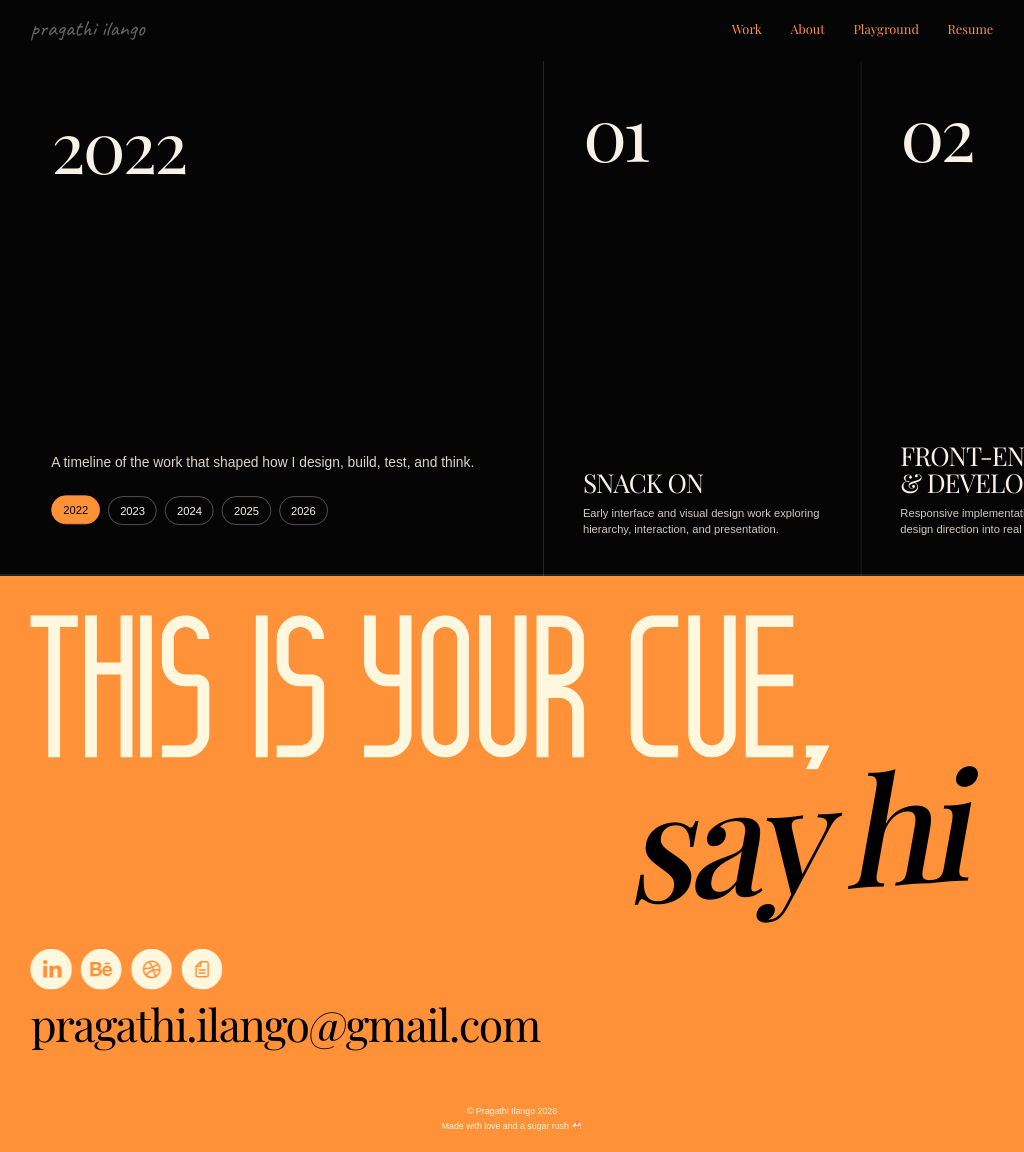
Repository: Pragathi-Ilango-UIUX/pragathi-portfolio
Page: projects.html
The author's editor kept a copy of each file at every save. The page is drawn from the files as they stood at one save, then again after the next save.
The browser window is 1280 px wide. The pictures show the whole page, at 80% of full size.
Some web fonts or font styles are not loaded; a fallback is used.

Above is the page before, as saved 2026-10-02 10:58:59.

### projects.html
<!doctype html>
<html lang="en">
<head>
  <meta charset="utf-8">
  <meta name="viewport" content="width=device-width, initial-scale=1">
  <title>Projects | Pragathi Ilango</title>

  <link rel="preconnect" href="https://fonts.googleapis.com">
  <link rel="preconnect" href="https://fonts.gstatic.com" crossorigin>
  <link href="https://fonts.googleapis.com/css2?family=Caveat:wght@500;600&family=Playfair+Display:wght@400;500&display=swap" rel="stylesheet">

  <!-- shared first, page-specific overrides second -->
  <link rel="stylesheet" href="shared.css">
  <link rel="stylesheet" href="projects.css">
</head>

<body class="projects-page">
  <header class="site-header">
  <a class="site-logo-link" href="index.html" aria-label="Pragathi Ilango home">
    <span class="site-logo-mark" aria-hidden="true"></span>
  </a>

  <nav class="main-nav" aria-label="Primary navigation">
    <a href="projects.html">Work</a>
    <a href="about.html">About</a>
    <a href="playground.html">Playground</a>
    <a href="resume.pdf" target="_blank" rel="noopener">Resume</a>
  </nav>

  <button
    class="menu-button"
    type="button"
    aria-label="Open menu"
    aria-expanded="false"
  >
    <span></span>
    <span></span>
    <span></span>
  </button>
</header>

  <main>
    <section class="horizontal-shell" aria-label="Projects timeline">
      <div class="horizontal-scroll" id="projectTimeline" tabindex="0">
        <div class="horizontal-track">

          <!-- INTRO / 2022 -->
          <section class="timeline-panel intro-panel year-start" id="year-2022" data-year="2022">
            <div class="year-kicker">2022</div>

            <div class="intro-bottom">
              <p class="intro-copy">
                A timeline of the work that shaped how I design, build, test, and think.
              </p>

              <div class="year-jump" aria-label="Jump to year">
                <button type="button" data-target="year-2022" class="active">2022</button>
                <button type="button" data-target="year-2023">2023</button>
                <button type="button" data-target="year-2024">2024</button>
                <button type="button" data-target="year-2025">2025</button>
                <button type="button" data-target="year-2026">2026</button>
              </div>
            </div>
          </section>

          <!-- PROJECT 01 -->
          <article class="timeline-panel project-panel">
            <div class="project-number">01</div>

            <div class="project-preview" aria-hidden="true">
              <div class="project-preview-placeholder">project image</div>
            </div>

            <div class="project-copy">
              <h2>SNACK ON</h2>
              <p>Early interface and visual design work exploring hierarchy, interaction, and presentation.</p>
            </div>
          </article>

          <!-- PROJECT 02 -->
          <article class="timeline-panel project-panel">
            <div class="project-number">02</div>

            <div class="project-preview" aria-hidden="true">
              <div class="project-preview-placeholder">project image</div>
            </div>

            <div class="project-copy">
              <h2>FRONT-END DESIGN &amp; DEVELOPMENT</h2>
              <p>Responsive implementation work translating design direction into real interfaces.</p>
            </div>
          </article>

          <!-- 2023 -->
          <section class="timeline-panel year-marker" id="year-2023" data-year="2023">
            <div class="year-kicker">2023</div>

            <div class="year-marker-bottom">
              <div class="year-note">More systems, more structure, more real-world constraints.</div>
              <div class="year-jump" aria-label="Jump to year">
                <button type="button" data-target="year-2022">2022</button>
                <button type="button" data-target="year-2023" class="active">2023</button>
                <button type="button" data-target="year-2024">2024</button>
                <button type="button" data-target="year-2025">2025</button>
                <button type="button" data-target="year-2026">2026</button>
              </div>
            </div>
          </section>

          <article class="timeline-panel project-panel">
            <div class="project-number">03</div>
            <div class="project-preview" aria-hidden="true">
              <div class="project-preview-placeholder">project image</div>
            </div>
            <div class="project-copy">
              <h2>RESEARCH WEB EXPERIENCE</h2>
              <p>Clearer information architecture and hierarchy for research-focused content.</p>
            </div>
          </article>

          <!-- 2024 -->
          <section class="timeline-panel year-marker" id="year-2024" data-year="2024">
            <div class="year-kicker">2024</div>

            <div class="year-marker-bottom">
              <div class="year-note">Accessibility, content systems, and larger-scale web work.</div>
              <div class="year-jump" aria-label="Jump to year">
                <button type="button" data-target="year-2022">2022</button>
                <button type="button" data-target="year-2023">2023</button>
                <button type="button" data-target="year-2024" class="active">2024</button>
                <button type="button" data-target="year-2025">2025</button>
                <button type="button" data-target="year-2026">2026</button>
              </div>
            </div>
          </section>

          <article class="timeline-panel project-panel">
            <div class="project-number">04</div>
            <div class="project-preview" aria-hidden="true">
              <div class="project-preview-placeholder">project image</div>
            </div>
            <div class="project-copy">
              <h2>UNDERSTANDING PREJUDICE</h2>
              <p>A large-scale redesign balancing accessibility, content density, and visual clarity.</p>
            </div>
          </article>

          <!-- 2025 -->
          <section class="timeline-panel year-marker" id="year-2025" data-year="2025">
            <div class="year-kicker">2025</div>

            <div class="year-marker-bottom">
              <div class="year-note">Reusable systems, multilingual content, and interaction polish.</div>
              <div class="year-jump" aria-label="Jump to year">
                <button type="button" data-target="year-2022">2022</button>
                <button type="button" data-target="year-2023">2023</button>
                <button type="button" data-target="year-2024">2024</button>
                <button type="button" data-target="year-2025" class="active">2025</button>
                <button type="button" data-target="year-2026">2026</button>
              </div>
            </div>
          </section>

          <article class="timeline-panel project-panel">
            <div class="project-number">05</div>
            <div class="project-preview" aria-hidden="true">
              <div class="project-preview-placeholder">project image</div>
            </div>
            <div class="project-copy">
              <h2>ACCESSIBLE CONTENT SYSTEM</h2>
              <p>Reusable patterns for complex editorial content and multilingual pages.</p>
            </div>
          </article>

          <!-- 2026 -->
          <section class="timeline-panel year-marker" id="year-2026" data-year="2026">
            <div class="year-kicker">2026</div>

            <div class="year-marker-bottom">
              <div class="year-note">Brand systems, motion, experimentation, and this portfolio.</div>
              <div class="year-jump" aria-label="Jump to year">
                <button type="button" data-target="year-2022">2022</button>
                <button type="button" data-target="year-2023">2023</button>
                <button type="button" data-target="year-2024">2024</button>
                <button type="button" data-target="year-2025">2025</button>
                <button type="button" data-target="year-2026" class="active">2026</button>
              </div>
            </div>
          </section>

          <article class="timeline-panel project-panel">
            <div class="project-number">06</div>
            <div class="project-preview" aria-hidden="true">
              <div class="project-preview-placeholder">project image</div>
            </div>
            <div class="project-copy">
              <h2>KLAY IDENTITY EXPLORATION</h2>
              <p>Concept-led identity work exploring growth, transformation, and modular forms.</p>
            </div>
          </article>

          <article class="timeline-panel project-panel final-panel">
            <div class="project-number">07</div>
            <div class="project-preview" aria-hidden="true">
              <div class="project-preview-placeholder">project image</div>
            </div>
            <div class="project-copy">
              <h2>PORTFOLIO SYSTEM</h2>
              <p>A playful but structured portfolio combining interaction, development, and visual storytelling.</p>
            </div>
          </article>

        </div>
      </div>

      <div class="horizontal-progress" aria-hidden="true">
        <span id="timelineProgress"></span>
      </div>
    </section>
  </main>

  <!-- Footer appears only after the horizontal timeline reaches the end
       and the user continues scrolling down. -->
  <footer class="site-footer">
    <div class="footer-display">
      <img class="footer-cue-svg" src="assets/images/This_is_your_cue.svg" alt="This is your cue">
      <p>say hi</p>
    </div>

    <div class="footer-contact">
      <div class="footer-socials">
        <a href="#" aria-label="LinkedIn"><img src="assets/images/linkedin.svg" alt=""></a>
        <a href="#" aria-label="Behance"><img src="assets/images/behance.svg" alt=""></a>
        <a href="#" aria-label="Dribbble"><img src="assets/images/dribbble.svg" alt=""></a>
        <a href="resume.pdf" aria-label="Resume"><img src="assets/images/resume.svg" alt=""></a>
      </div>
      <a class="footer-email" href="mailto:ilango.pragathi@gmail.com">pragathi.ilango@gmail.com</a>
    </div>

    <div class="footer-bottom">
      <p>© Pragathi Ilango 2026</p>
      <p>Made with love and a sugar rush 🍰</p>
    </div>
  </footer>

  <script src="projects.js"></script>
</body>
</html>

### projects.css
/* =========================================================
   PROJECTS PAGE — HORIZONTAL TIMELINE
   ========================================================= */

* { box-sizing: border-box; }

html {
  scroll-behavior: smooth;
  background: #050505;
}

body.projects-page {
  margin: 0;
  min-width: 320px;
  overflow-x: hidden;
  background: #050505;
  color: #f7f1e8;
  font-family: Arial, Helvetica, sans-serif;
}

/* ---------- HEADER ---------- */

















/* ---------- HORIZONTAL TIMELINE ---------- */

.horizontal-shell {
  position: relative;
  width: 100%;
  background: #050505;
}

.horizontal-scroll {
  width: 100%;
  height: calc(100svh - 76px);
  min-height: 620px;
  overflow-x: auto;
  overflow-y: hidden;
  overscroll-behavior-x: contain;
  scrollbar-width: none;
  -ms-overflow-style: none;
  touch-action: pan-x pan-y;
  cursor: grab;
  background: #050505;
}

.horizontal-scroll::-webkit-scrollbar {
  display: none;
}

.horizontal-scroll.is-dragging {
  cursor: grabbing;
  user-select: none;
}

.horizontal-track {
  display: flex;
  height: 100%;
  width: max-content;
  background: #050505;
}

.timeline-panel {
  position: relative;
  flex: 0 0 clamp(360px, 31vw, 560px);
  height: 100%;
  min-width: 0;
  background: #050505;
  border-right: 1px solid rgba(247, 241, 232, 0.18);
  overflow: hidden;
}

.intro-panel {
  flex-basis: clamp(680px, 53vw, 980px);
  padding: clamp(34px, 5vw, 82px);
  display: flex;
  flex-direction: column;
  justify-content: space-between;
}

.year-kicker {
  font-family: "Playfair Display", Georgia, serif;
  font-size: clamp(54px, 5.4vw, 96px);
  font-weight: 400;
  line-height: .9;
  letter-spacing: -.04em;
  color: #f7f1e8;
}

.intro-bottom {
  max-width: 660px;
}

.intro-copy {
  margin: 0 0 28px;
  max-width: 600px;
  font-size: clamp(17px, 1.35vw, 22px);
  line-height: 1.5;
  color: rgba(247, 241, 232, .88);
}

.year-jump {
  display: flex;
  flex-wrap: wrap;
  gap: 10px;
}

.year-jump button {
  appearance: none;
  border: 1px solid rgba(247, 241, 232, .4);
  border-radius: 999px;
  background: transparent;
  color: #f7f1e8;
  font: inherit;
  font-size: 14px;
  padding: 9px 14px;
  cursor: pointer;
  transition: background .2s ease, color .2s ease, border-color .2s ease, transform .2s ease;
}

.year-jump button:hover,
.year-jump button:focus-visible,
.year-jump button.active {
  background: #ff9138;
  border-color: #ff9138;
  color: #050505;
  transform: translateY(-1px);
}

/* ---------- PROJECT PANELS ---------- */

.project-panel {
  padding: clamp(30px, 3.8vw, 58px);
  display: flex;
  flex-direction: column;
}

.project-number {
  position: relative;
  z-index: 3;
  font-family: "Playfair Display", Georgia, serif;
  font-size: clamp(72px, 7.2vw, 128px);
  font-weight: 400;
  line-height: .85;
  letter-spacing: -.055em;
  color: #f7f1e8;
}

.project-preview {
  position: absolute;
  z-index: 1;
  left: 8%;
  right: 8%;
  top: 22%;
  height: 47%;
  opacity: 0;
  transform: translateY(14px) scale(.985);
  transition: opacity .35s ease, transform .45s cubic-bezier(.2,.7,.2,1);
  pointer-events: none;
}

.project-preview-placeholder {
  width: 100%;
  height: 100%;
  display: grid;
  place-items: center;
  background: #252321;
  border: 1px solid rgba(247, 241, 232, .18);
  color: rgba(247, 241, 232, .5);
  font-family: "Caveat", cursive;
  font-size: 26px;
}

.project-panel:hover .project-preview,
.project-panel:focus-within .project-preview {
  opacity: 1;
  transform: translateY(0) scale(1);
}

.project-copy {
  position: relative;
  z-index: 3;
  margin-top: auto;
  padding-top: 30px;
}

.project-copy h2 {
  margin: 0 0 12px;
  max-width: 100%;
  font-family: "Playfair Display", Georgia, serif;
  font-size: clamp(30px, 2.55vw, 48px);
  font-weight: 400;
  line-height: 1.02;
  letter-spacing: -.035em;
  color: #f7f1e8;
  overflow-wrap: anywhere;
}

.project-copy p {
  margin: 0;
  max-width: 470px;
  font-size: clamp(14px, 1.05vw, 18px);
  line-height: 1.45;
  color: rgba(247, 241, 232, .84);
}

/* ---------- YEAR BREAK PANELS ---------- */

.year-marker {
  flex-basis: clamp(300px, 24vw, 430px);
  padding: clamp(30px, 3.8vw, 58px);
  display: flex;
  flex-direction: column;
  justify-content: space-between;
}

.year-marker .year-kicker {
  color: #ff9138;
}

.year-note {
  max-width: 300px;
  font-size: clamp(15px, 1.05vw, 18px);
  line-height: 1.45;
  color: rgba(247, 241, 232, .72);
}

/* ---------- PROGRESS ---------- */

.horizontal-progress {
  position: absolute;
  z-index: 10;
  left: 0;
  bottom: 0;
  width: 100%;
  height: 3px;
  background: rgba(247, 241, 232, .12);
  pointer-events: none;
}

.horizontal-progress span {
  display: block;
  width: 0;
  height: 100%;
  background: #ff9138;
  transform-origin: left;
}

/* ---------- FOOTER ----------
   Keep your existing shared footer styling if it is already correct.
   These only prevent the page from inheriting a white background.
   ----------------------------------------------- */



/* ---------- RESPONSIVE ---------- */

@media (max-width: 900px) {


  .horizontal-scroll {
    height: calc(100svh - 70px);
    min-height: 590px;
  }



  .timeline-panel {
    flex-basis: 72vw;
    min-width: 360px;
  }

  .intro-panel {
    flex-basis: 88vw;
    min-width: 520px;
  }

  .year-marker {
    flex-basis: 52vw;
    min-width: 300px;
  }
}

@media (max-width: 700px) {












  .horizontal-scroll {
    height: calc(100svh - 64px);
    min-height: 560px;
    scroll-snap-type: x proximity;
  }

  .timeline-panel {
    flex-basis: 88vw;
    min-width: 310px;
    scroll-snap-align: start;
    padding: 28px 22px;
  }

  .intro-panel {
    flex-basis: 94vw;
    min-width: 320px;
    padding: 34px 24px;
  }

  .year-marker {
    flex-basis: 72vw;
    min-width: 280px;
  }

  .project-preview {
    top: 23%;
    height: 42%;
  }

  .project-copy h2 {
    font-size: clamp(28px, 8vw, 40px);
  }
}

@media (prefers-reduced-motion: reduce) {
  *,
  *::before,
  *::after {
    scroll-behavior: auto !important;
    transition-duration: .01ms !important;
    animation-duration: .01ms !important;
    animation-iteration-count: 1 !important;
  }
}


/* =========================================================
   PROJECTS V3 — YEAR NAV, PROJECT HOVER, MOBILE STACK
   ========================================================= */

/* Years stay white and are intentionally larger. */
.year-kicker {
  color: #f7f1e8;
  font-size: clamp(72px, 7vw, 126px);
}

/* Every year break is now as wide as the opening 2022 panel. */
.year-marker {
  flex-basis: clamp(680px, 53vw, 980px);
  padding: clamp(34px, 5vw, 82px);
}

.year-marker .year-kicker {
  color: #f7f1e8;
}

.year-marker-bottom {
  margin-top: auto;
  max-width: 660px;
}

.year-marker .year-note {
  max-width: 600px;
  margin-bottom: 28px;
}

/* Repeated year navigation works in every year panel. */
.year-marker .year-jump {
  display: flex;
  flex-wrap: wrap;
  gap: 10px;
}

/* Smooth orange wipe from the bottom on desktop hover/focus. */
.project-panel::before {
  content: "";
  position: absolute;
  inset: 0;
  z-index: 0;
  background: #ff9138;
  transform: scaleY(0);
  transform-origin: bottom;
  transition: transform .52s cubic-bezier(.22,.75,.18,1);
}

.project-panel:hover::before,
.project-panel:focus-within::before,
.project-panel.is-selected::before {
  transform: scaleY(1);
}

.project-panel .project-number,
.project-panel .project-copy h2,
.project-panel .project-copy p {
  transition: color .32s ease;
}

.project-panel:hover .project-number,
.project-panel:hover .project-copy h2,
.project-panel:hover .project-copy p,
.project-panel:focus-within .project-number,
.project-panel:focus-within .project-copy h2,
.project-panel:focus-within .project-copy p,
.project-panel.is-selected .project-number,
.project-panel.is-selected .project-copy h2,
.project-panel.is-selected .project-copy p {
  color: #050505;
}

/* Keep the image reveal above the orange fill. */
.project-preview {
  z-index: 2;
}

.project-number,
.project-copy {
  z-index: 3;
}

/* =========================================================
   MOBILE: normal vertical portfolio, no horizontal trapping
   ========================================================= */
@media (max-width: 700px) {
  .horizontal-shell {
    overflow: visible;
  }

  .horizontal-scroll {
    height: auto;
    min-height: 0;
    overflow: visible;
    scroll-snap-type: none;
    cursor: default;
  }

  .horizontal-track {
    display: block;
    width: 100%;
    height: auto;
  }

  .timeline-panel,
  .intro-panel,
  .year-marker {
    width: 100%;
    min-width: 0;
    height: auto;
    min-height: 72svh;
    border-right: 0;
    border-bottom: 1px solid rgba(247, 241, 232, 0.18);
    padding: 42px 24px;
  }

  .intro-panel,
  .year-marker {
    display: flex;
    flex-direction: column;
    justify-content: space-between;
  }

  .year-kicker {
    font-size: clamp(68px, 22vw, 110px);
  }

  .year-marker-bottom,
  .intro-bottom {
    width: 100%;
    max-width: none;
  }

  .intro-copy,
  .year-marker .year-note {
    max-width: 100%;
  }

  .project-panel {
    min-height: auto;
    padding: 34px 22px 38px;
  }

  /* Mobile has no hover, so previews remain visible. */
  .project-preview {
    position: relative;
    inset: auto;
    left: auto;
    right: auto;
    top: auto;
    width: 100%;
    height: auto;
    aspect-ratio: 4 / 3;
    margin: 30px 0 34px;
    opacity: 1;
    transform: none;
    pointer-events: none;
  }

  .project-copy {
    margin-top: 0;
    padding-top: 0;
  }

  .project-copy h2 {
    font-size: clamp(34px, 10vw, 52px);
    overflow-wrap: normal;
  }

  .project-copy p {
    max-width: 100%;
    font-size: 16px;
  }

  .project-number {
    font-size: clamp(68px, 20vw, 110px);
  }

  .horizontal-progress {
    display: none;
  }

  /* Orange selection is triggered by long press via JS. */
  .project-panel::before {
    transition-duration: .42s;
  }
}

Loaded but not shown: projects.js (275 lines, source omitted); shared.js (150 lines, source omitted); shared.css (539 lines, source omitted)

After the next save:
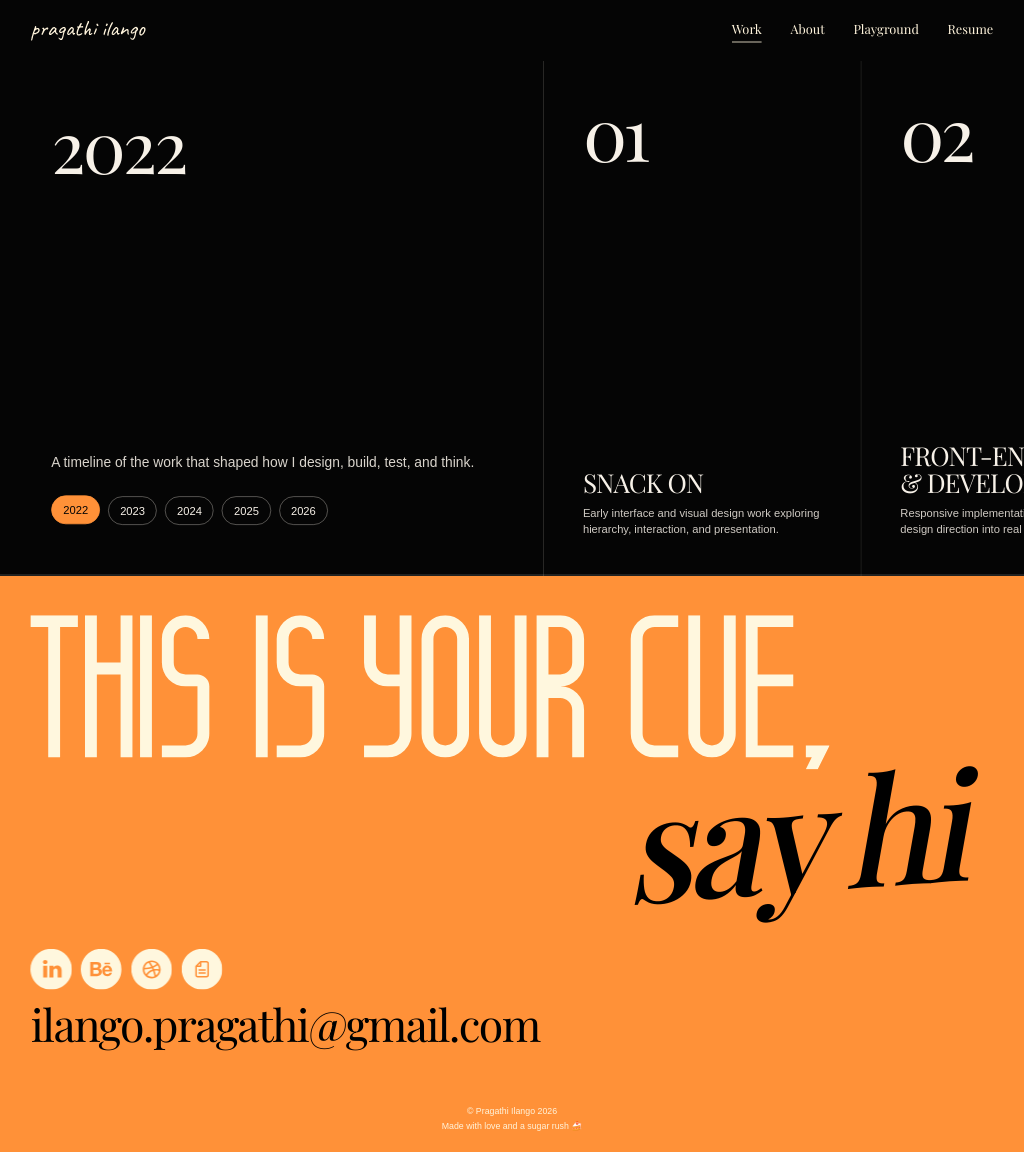
Saved 92 s later.
--- a/projects.html
+++ b/projects.html
@@ -5,39 +5,19 @@
   <meta name="viewport" content="width=device-width, initial-scale=1">
   <title>Projects | Pragathi Ilango</title>
 
-  <link rel="preconnect" href="https://fonts.googleapis.com">
-  <link rel="preconnect" href="https://fonts.gstatic.com" crossorigin>
-  <link href="https://fonts.googleapis.com/css2?family=Caveat:wght@500;600&family=Playfair+Display:wght@400;500&display=swap" rel="stylesheet">
-
-  <!-- shared first, page-specific overrides second -->
-  <link rel="stylesheet" href="shared.css">
-  <link rel="stylesheet" href="projects.css">
+<link rel="preconnect" href="https://fonts.googleapis.com">
+<link rel="preconnect" href="https://fonts.gstatic.com" crossorigin>
+
+<link
+  href="https://fonts.googleapis.com/css2?family=Caveat:wght@400;500;600&family=Playfair+Display:ital,wght@0,400;0,500;1,400;1,500&display=swap"
+  rel="stylesheet"
+>
+<link rel="stylesheet" href="projects.css">
+<link rel="stylesheet" href="shared.css">
 </head>
 
-<body class="projects-page">
-  <header class="site-header">
-  <a class="site-logo-link" href="index.html" aria-label="Pragathi Ilango home">
-    <span class="site-logo-mark" aria-hidden="true"></span>
-  </a>
-
-  <nav class="main-nav" aria-label="Primary navigation">
-    <a href="projects.html">Work</a>
-    <a href="about.html">About</a>
-    <a href="playground.html">Playground</a>
-    <a href="resume.pdf" target="_blank" rel="noopener">Resume</a>
-  </nav>
-
-  <button
-    class="menu-button"
-    type="button"
-    aria-label="Open menu"
-    aria-expanded="false"
-  >
-    <span></span>
-    <span></span>
-    <span></span>
-  </button>
-</header>
+<body class="projects-page" data-header-theme="dark-cream" data-page="work">
+  <div data-shared-header></div>
 
   <main>
     <section class="horizontal-shell" aria-label="Projects timeline">
@@ -221,28 +201,9 @@
 
   <!-- Footer appears only after the horizontal timeline reaches the end
        and the user continues scrolling down. -->
-  <footer class="site-footer">
-    <div class="footer-display">
-      <img class="footer-cue-svg" src="assets/images/This_is_your_cue.svg" alt="This is your cue">
-      <p>say hi</p>
-    </div>
-
-    <div class="footer-contact">
-      <div class="footer-socials">
-        <a href="#" aria-label="LinkedIn"><img src="assets/images/linkedin.svg" alt=""></a>
-        <a href="#" aria-label="Behance"><img src="assets/images/behance.svg" alt=""></a>
-        <a href="#" aria-label="Dribbble"><img src="assets/images/dribbble.svg" alt=""></a>
-        <a href="resume.pdf" aria-label="Resume"><img src="assets/images/resume.svg" alt=""></a>
-      </div>
-      <a class="footer-email" href="mailto:ilango.pragathi@gmail.com">pragathi.ilango@gmail.com</a>
-    </div>
-
-    <div class="footer-bottom">
-      <p>© Pragathi Ilango 2026</p>
-      <p>Made with love and a sugar rush 🍰</p>
-    </div>
-  </footer>
-
-  <script src="projects.js"></script>
+  <div data-shared-footer></div>
+
+  <script src="shared.js"></script>
+<script src="projects.js"></script>
 </body>
 </html>
